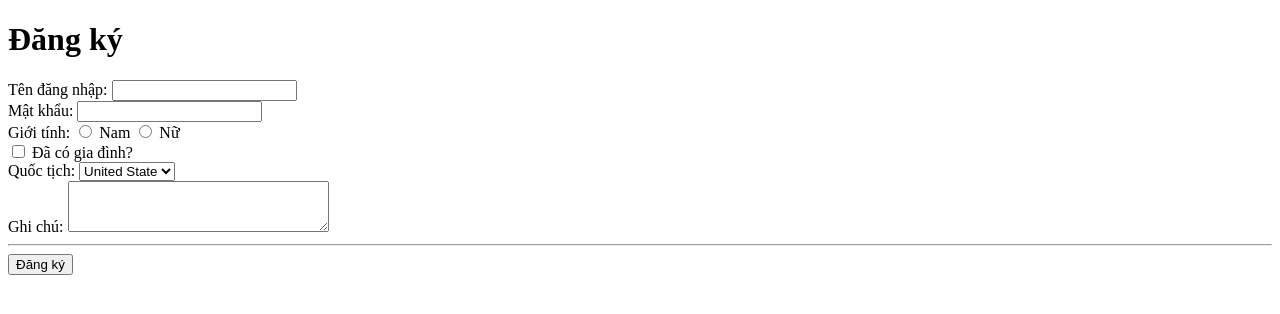
Repository: dquangv/Fpoly-Java4
Page: http://localhost/fpoly/views/dang-ky/form.jsp
An editor plug-in stored every save of this project. The page is shown before and after the next save, followed by the edit.
The browser window is 1280 px wide. The pictures show the whole page.
The page is served by Tomcat 9. Other server files are loaded and not shown.

Above is the page before, as saved 2024-06-23 08:36:25.

### fpoly/src/main/webapp/views/dang-ky/form.jsp
<%@ page language="java" contentType="text/html; charset=UTF-8"
    pageEncoding="UTF-8"%>
<!DOCTYPE html>
<html>
<head>
<meta charset="UTF-8">
<title>Insert title here</title>
</head>
<body>
	<h1>Đăng ký</h1>
	<form action="/fpoly/dang-ky" method="post">
		<span>Tên đăng nhập: </span>
		<input name="name"><br>

		<span>Mật khẩu: </span>
		<input name="password" type="password"><br>

		<span>Giới tính: </span>
		<input type="radio" name="gender" id="male" value="true">
		<label for="male">Nam</label>
		<input type="radio" name="gender" id="female" value="false">
		<label for="female">Nữ</label><br>

		<input type="checkbox" id="married" name="married">
		<label for="married">Đã có gia đình?</label><br>

		<span>Quốc tịch: </span>
		<select name="country">
			<option value="US">United State</option>
			<option value="VN">Việt Nam</option>
			<option value="TQ">Trung Quốc</option>
		</select><br>

		<span>Ghi chú: </span>
		<textarea rows="3" cols="30" name="note"></textarea><hr>

		<button>Đăng ký</button>
	</form>
</body>
</html>

After the next save:
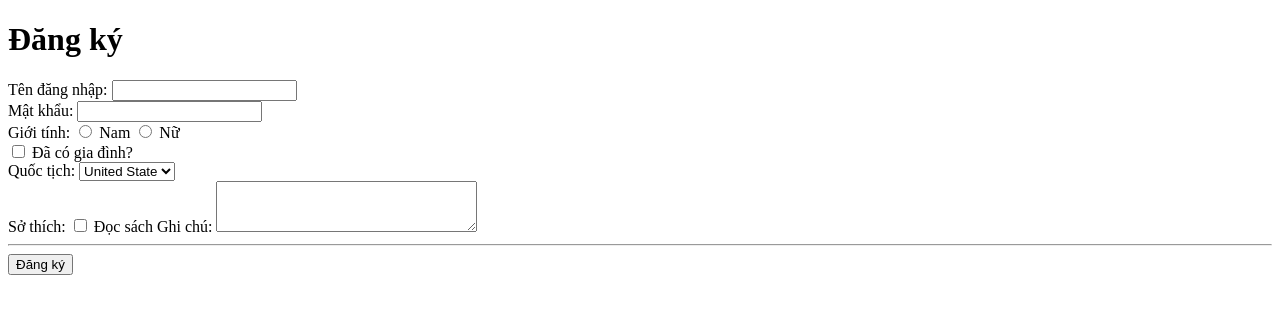
Saved 3 min 48 s later.
--- a/fpoly/src/main/webapp/views/dang-ky/form.jsp
+++ b/fpoly/src/main/webapp/views/dang-ky/form.jsp
@@ -31,6 +31,10 @@
 			<option value="TQ">Trung Quốc</option>
 		</select><br>
 
+		<span>Sở thích: </span>
+		<input type="checkbox" id="reading" name="hobbies">
+		<label for="reading">Đọc sách</label>
+
 		<span>Ghi chú: </span>
 		<textarea rows="3" cols="30" name="note"></textarea><hr>
 
